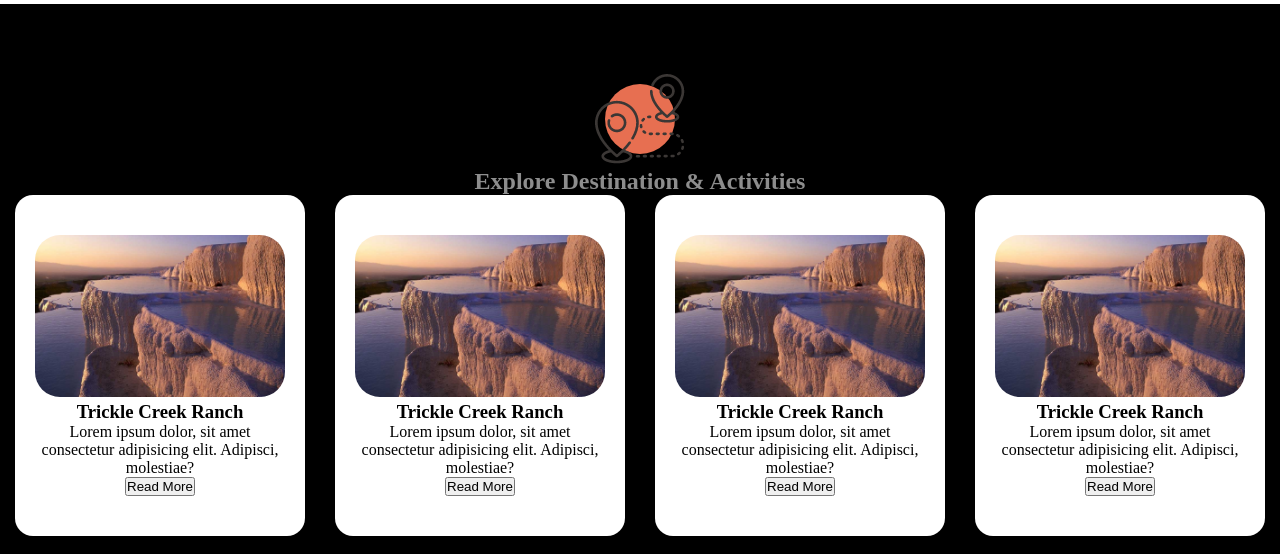
Repository: giahuy405/BC38_Camping_Pham_Gia_Huy
Page: index.html
An editor plug-in stored every save of this project. The page is shown before and after the next save, followed by the edit.
The browser window is 1280 px wide. The pictures show the part of the page from y = 692 to 1246 px (the page is 1246 px tall before and 1220 px after).

Above is the page before, as saved 2022-09-13 19:05:52.

### index.html
<!DOCTYPE html>
<html lang="en">
<head>
    <meta charset="UTF-8">
    <meta http-equiv="X-UA-Compatible" content="IE=edge">
    <meta name="viewport" content="width=device-width, initial-scale=1.0">
    <title>Document</title>
    <link rel="stylesheet" href="https://cdnjs.cloudflare.com/ajax/libs/font-awesome/6.2.0/css/all.min.css" integrity="sha512-xh6O/CkQoPOWDdYTDqeRdPCVd1SpvCA9XXcUnZS2FmJNp1coAFzvtCN9BmamE+4aHK8yyUHUSCcJHgXloTyT2A==" crossorigin="anonymous" referrerpolicy="no-referrer" />
    <link rel="stylesheet" href="./css/index.css">
</head>
<body>
    <header>
       <div class="header__items">
            <img src="./img/logoicon.png" alt="">
            <nav>
                <ul>
                    <li><a href="#">Home</a></li>
                    <li><a href="#">Services</a></li>
                    <li><a href="#">Destination</a></li>
                    <li><a href="#">Events</a></li>
                    <li><a href="#">Gallery</a></li>
                    <li><a href="#">Contact us</a></li>
                </ul>
            </nav>
       </div>
    </header>
    <section class="carousel">
        <img src="./img/BG.png" alt="">
    </section>
    <section class="service">
        <img src="./img/Group 313.png" alt="">
        <h1>Explore Destination & Activities</h1>
        <div class="service__cards">
            <div class="service__card">
                <div class="service__item">
                    <img src="./img/product1.png" alt="">
                    <h3>Trickle Creek Ranch</h3>
                    <p>Lorem ipsum dolor, sit amet consectetur adipisicing elit. Adipisci, molestiae?</p>
                    <button>Read More</button>
                </div>
                <div class="service__heart">
                    <i class="fa fa-heart"></i>
                </div>
            </div>
            <div class="service__card">
                <div class="service__item">
                    <img src="./img/product1.png" alt="">
                    <h3>Trickle Creek Ranch</h3>
                    <p>Lorem ipsum dolor, sit amet consectetur adipisicing elit. Adipisci, molestiae?</p>
                    <button>Read More</button>
                </div>
                <div class="service__heart">
                    <i class="fa fa-heart"></i>
                </div>
            </div>
            <div class="service__card">
                <div class="service__item">
                    <img src="./img/product1.png" alt="">
                    <h3>Trickle Creek Ranch</h3>
                    <p>Lorem ipsum dolor, sit amet consectetur adipisicing elit. Adipisci, molestiae?</p>
                    <button>Read More</button>
                </div>
                <div class="service__heart">
                    <i class="fa fa-heart"></i>
                </div>
            </div>
            <div class="service__card">
                <div class="service__item">
                    <img src="./img/product1.png" alt="">
                    <h3>Trickle Creek Ranch</h3>
                    <p>Lorem ipsum dolor, sit amet consectetur adipisicing elit. Adipisci, molestiae?</p>
                    <button>Read More</button>
                </div>
                <div class="service__heart">
                    <i class="fa fa-heart"></i>
                </div>
            </div>
            <div class="clear"></div>
        </div>
    </section>
</body>
</html>

### css/index.css
*{
    padding: 0;
    margin: 0;
    box-sizing: border-box;
}
.header__items{
    width: 90%;
    margin: 0 auto;
}
header{
    background-color: #f8e1db;
}
nav{
    margin-top: 10px;
    padding-bottom: 10px;
}
nav ul{
    list-style: none;
}
nav li{
    display: inline;
    margin-right:30px;
}
nav a{
    text-decoration: none;
    color: #43403c;
}
nav a:hover{
    color: rgb(160, 5, 5);
}
.clear{
    clear: both;
}
.carousel img{
    height: 600px;
    width: 100%;
}
.service{
    text-align: center;
    padding-top: 70px;
    /* background-color: #faf4f2; */
    background-color: black;
}
.service > h1{
    color: #8d8d8d;
}
.service__cards{
    width: 100%;

}
.service__card{
    float: left;
    width: 25%;
    padding: 0 15px;
}
.service__item{
    background-color: white;
    border-radius: 18px;
    padding: 40px 20px;
}
.service__item img{
    border-radius: 25px;
    width: 100%;
}

After the next save:
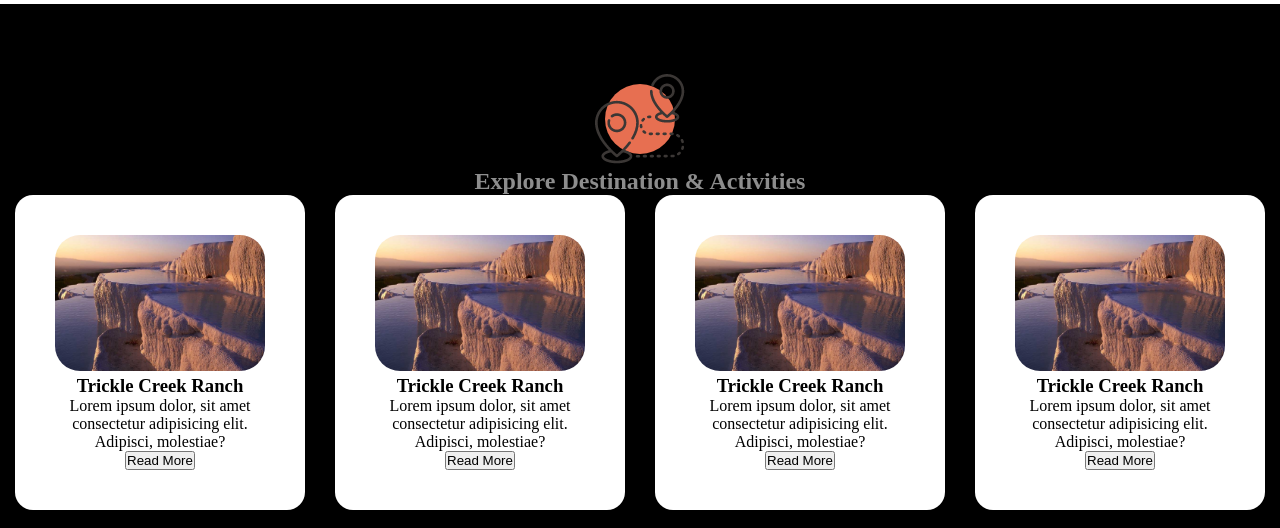
Saved 4 s later.
--- a/css/index.css
+++ b/css/index.css
@@ -56,7 +56,7 @@
 .service__item{
     background-color: white;
     border-radius: 18px;
-    padding: 40px 20px;
+    padding: 40px 40px;
 }
 .service__item img{
     border-radius: 25px;
